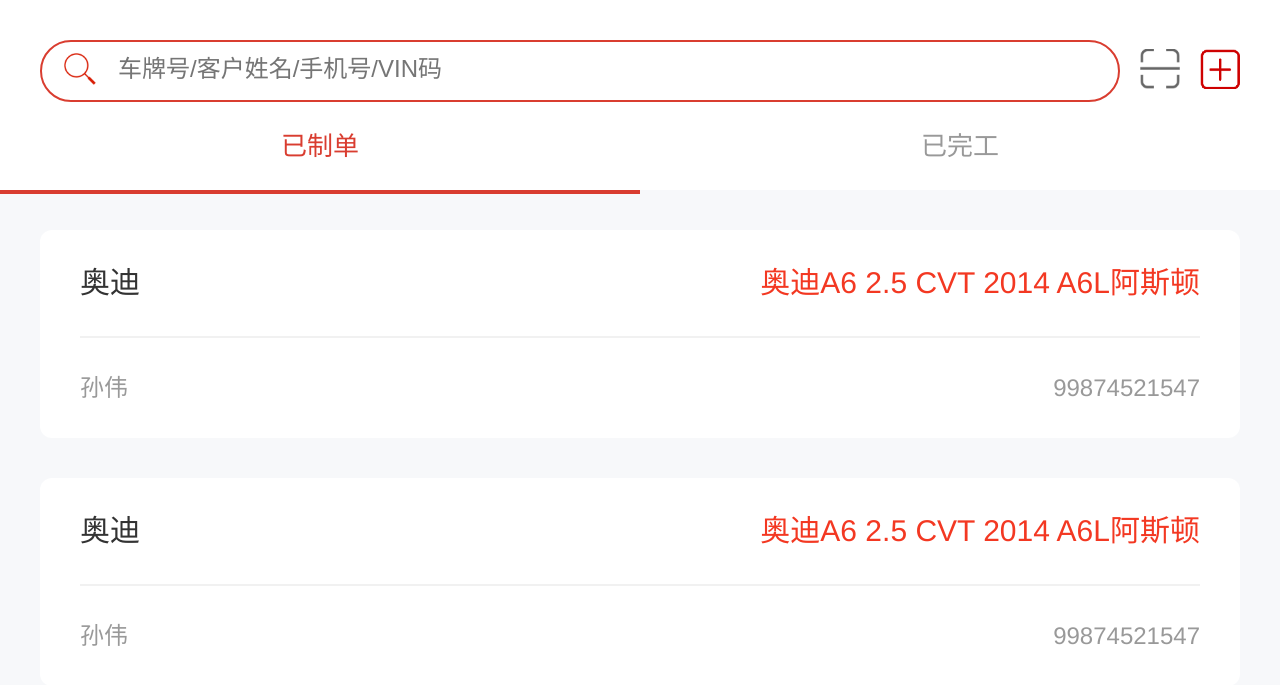
Repository: family-car/car
Page: checkCarList.html
An editor plug-in stored every save of this project. The page is shown before and after the next save, followed by the edit.
The browser window is 1280 px wide. The pictures show the whole page.

Above is the page before, as saved 2020-05-12 18:30:33.

After the next save:
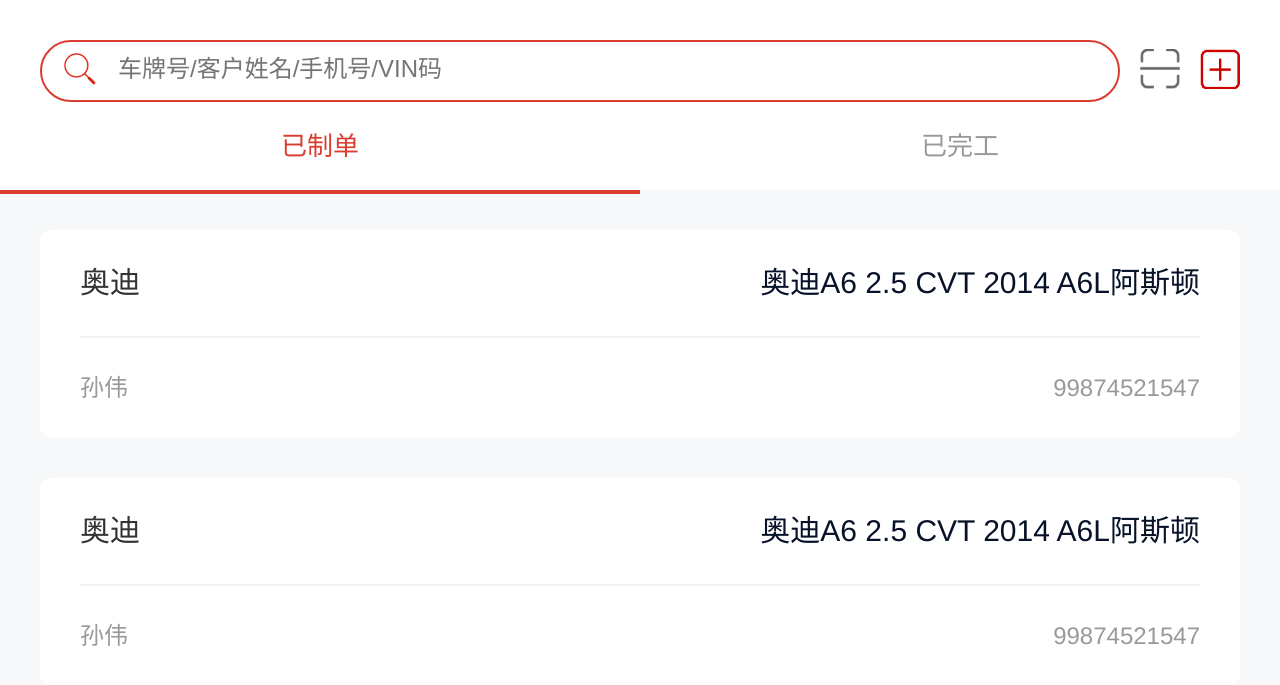
Saved 38 s later.
--- a/src/css/app/deliverTask.css
+++ b/src/css/app/deliverTask.css
@@ -77,4 +77,6 @@
 .sys img:last-child{
    margin-left: 20px;
 }
-.checkList
+.checkList .taskItem h2 span:last-child{
+    color: #071228;
+}
